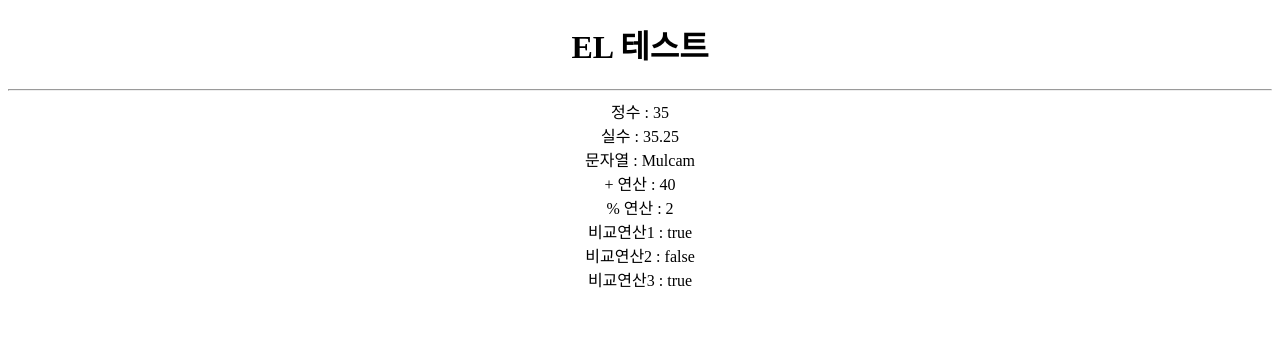
Repository: serim53/JSPStudy
Page: http://localhost/BoardWeb_JSP_/elExample.jsp
The author's editor kept a copy of each file at every save. The page is drawn from the files as they stood at one save, then again after the next save.
The browser window is 1280 px wide. The pictures show the whole page.
The page is served by Tomcat 10.

Above is the page before, as saved 2025-07-11 04:36:37.

After the next save:
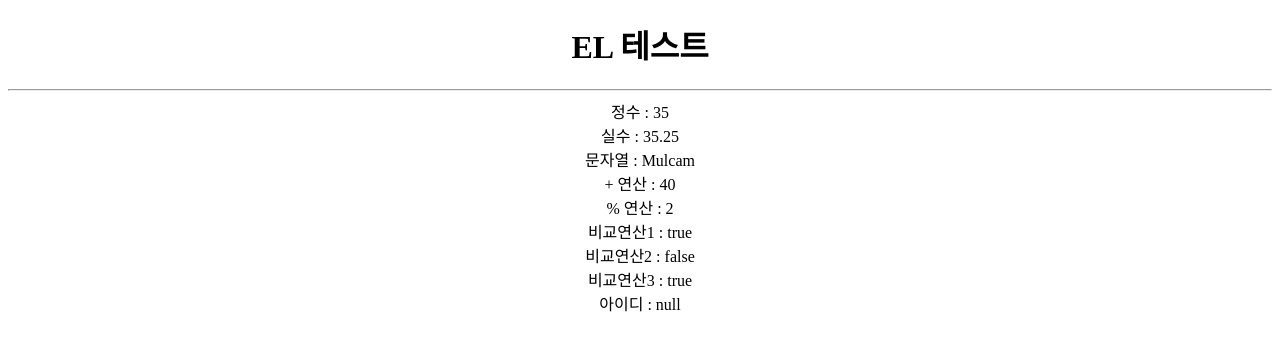
Saved 2 min 5 s later.
--- a/BoardWeb(JSP)/src/main/webapp/elExample.jsp
+++ b/BoardWeb(JSP)/src/main/webapp/elExample.jsp
@@ -17,6 +17,7 @@
 비교연산1 : ${35 == 35 }<br>
 비교연산2 : ${35 == 45 }<br>
 비교연산3 : ${35 >= 21 }<br>
+아이디 : <%= request.getParameter("id") %>
 </center>
 </body>
 </html>
